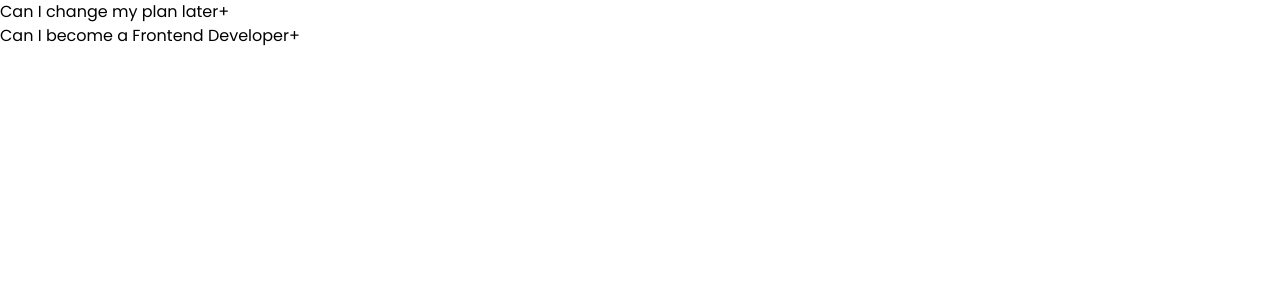
Repository: ThanhPhongsof/React-Course
Page: /
These files come from the project's save history. The page is drawn as it stood at one moment and after a run of saves; the edit follows.
The browser window is 1280 px wide. The pictures show the whole page.
The project was rebuilt for these pictures with package versions that can differ from the ones it lists, and the page was loaded fresh each time. Also part of the build but not shown: src/components/advanced-react/react-composition/AccordionContent.js, src/components/advanced-react/react-composition/Edittable.js.

Above is the page before, as saved 2022-04-24 12:02:54.

### src/index.js
import React from "react";
import ReactDOM from "react-dom";
import App from "./App";
import reportWebVitals from "./reportWebVitals";
import "./index.scss";
import { BrowserRouter } from "react-router-dom";

// ReactDOM.render(
//   // <React.StrictMode>
//     <BrowserRouter>
//       <App />
//     </BrowserRouter>
//   // </React.StrictMode>,
//   document.getElementById("root")
// );

ReactDOM.render(
  <BrowserRouter>
    <App />
  </BrowserRouter>,
  document.getElementById("root")
);

// If you want to start measuring performance in your app, pass a function
// to log results (for example: reportWebVitals(console.log))
// or send to an analytics endpoint. Learn more: https://bit.ly/CRA-vitals
reportWebVitals();

### src/App.js
import React from "react";
import Accordion from "./components/advanced-react/react-composition/Accordion";
import Edittable from "./components/advanced-react/react-composition/Edittable";
// import HandleValue from "./components/advanced-react/render-props/HandleValue";
// import Title from "./components/advanced-react/render-props/Title";
// import FetchingData from "./components/advanced-react/hoc/FetchingData";

const App = () => {
  return (
    <div>
      {/* <Title>{() => <h1>hello form render props</h1>}</Title> */}
      {/* <FetchingData></FetchingData> */}
      {/* <HandleValue></HandleValue> */}
      <Accordion header="Can I change my plan later">
        Lorem ipsum dolor sit amet consectetur adipisicing elit. Harum ducimus,
        veniam modi, iste atque culpa temporibus nesciunt quibusdam voluptatibus
        laboriosam id inventore voluptate. Accusantium dolore doloremque quam
        provident, odio consequatur.
      </Accordion>
      <Accordion header="Can I become a Frontend Developer">
        Lorem ipsum dolor sit amet consectetur adipisicing elit. Harum ducimus,
        veniam modi, iste atque culpa temporibus nesciunt quibusdam voluptatibus
        laboriosam id inventore voluptate. Accusantium dolore doloremque quam
        provident, odio consequatur.
      </Accordion>
      {/* <Edittable></Edittable> */}
    </div>
  );
};

export default App;

### src/index.scss
@tailwind base;
@tailwind components;
@tailwind utilities;

@layer base {
  @import url("https://fonts.googleapis.com/css2?family=Poppins:wght@300;400;500;700&display=swap");
  body {
    font-family: "Poppins", sans-serif;
  }
}
.skeleton {
  background-color: #eee;
  background-image: linear-gradient(
    110deg,
    #ececec 8%,
    #f5f5f5 18%,
    #ececec 33%
  );
  background-size: 200% 100%;
  animation: 1.5s shine linear infinite;
}
@keyframes shine {
  to {
    background-position-x: -200%;
  }
}
.zoom-enter .content {
  opacity: 0;
  transform: scale(0.5);
}
.zoom-enter-active .content {
  opacity: 1;
  transform: scale(1);
}
.zoom-exit .content {
  opacity: 1;
}
.zoom-exit-active .content {
  opacity: 0;
  transform: scale(0.5);
}

// Fade

.fade-enter .tooltip {
  opacity: 0;
}
.fade-enter-active .tooltip {
  opacity: 1;
}
.fade-exit .tooltip {
  opacity: 1;
}
.fade-exit-active .tooltip {
  opacity: 0;
}

### src/components/advanced-react/react-composition/Accordion.js
import React from "react";
import AccordionContent from "./AccordionContent";
import AccordionHeader from "./AccordionHeader";
import useToogle from "./useToggle";

const Accordion = ({ header, children }) => {
  const { value: show, handleToggle: handleToggleShow } = useToogle();
  return (
    <div>
      <AccordionHeader show={show} handleToggleShow={handleToggleShow}>
        {header}
      </AccordionHeader>
      <AccordionContent show={show}>{children}</AccordionContent>
    </div>
  );
};

export default Accordion;

### src/components/advanced-react/react-composition/AccordionHeader.js
import React from "react";

const AccordionHeader = ({ show, handleToggleShow, children }) => {
  return (
    <div className="header" onClick={handleToggleShow}>
      {children}
      {show ? <span>-</span> : <span>+</span>}
    </div>
  );
};

export default AccordionHeader;

### src/components/advanced-react/react-composition/useToggle.js
import { useState } from "react";

export default function useToogle() {
  const [value, setValue] = useState(false);
  const handleToggle = () => {
    setValue((value) => !value);
  };

  return {
    value,
    handleToggle,
  };
}

### tailwind.config.js
module.exports = {
  content: ["./src/**/*.{js,jsx,ts,tsx}"],
  theme: {
    extend: {
      backgroundImage: {
        "primary-gradient": `linear-gradient(
          86.88deg,
          #7d6aff 1.38%,
          #ffb86c 64.35%,
          #fc2872 119.91%
        )`,
        "secondary-gradient": `linear-gradient(86.88deg, #20e3b2, #2cccff)`,
      },
    },
  },
  plugins: [],
};

Loaded but not shown: public/index.html (common file); src/reportWebVitals.js (common file)

After the next 2 saves:
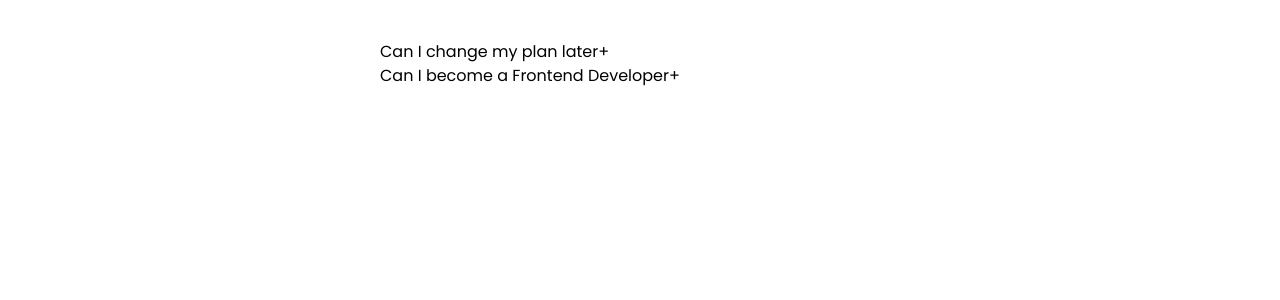
The 2 saves are shown as one change because they came seconds apart.
The last was saved 39 s later.
--- a/src/App.js
+++ b/src/App.js
@@ -7,7 +7,7 @@ import Edittable from "./components/advanced-react/react-composition/Edittable";
 
 const App = () => {
   return (
-    <div>
+    <div className="p-10 w-full max-w-[600px] mx-auto ">
       {/* <Title>{() => <h1>hello form render props</h1>}</Title> */}
       {/* <FetchingData></FetchingData> */}
       {/* <HandleValue></HandleValue> */}
